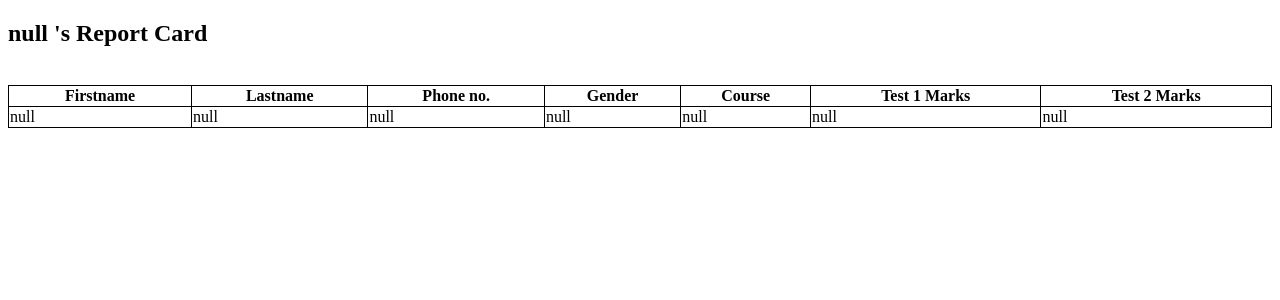
Repository: MriOj/OnlineExamPortal
Page: http://localhost/ExamPortal/reportcard.jsp
An editor plug-in stored every save of this project. The page is shown before and after the next save, followed by the edit.
The browser window is 1280 px wide. The pictures show the whole page.
The page is served by Tomcat 9. The template is opened directly, without the code that normally fills it, so the values that code supplies are empty.

Above is the page before, as saved 2021-09-05 09:47:55.

After the next save:
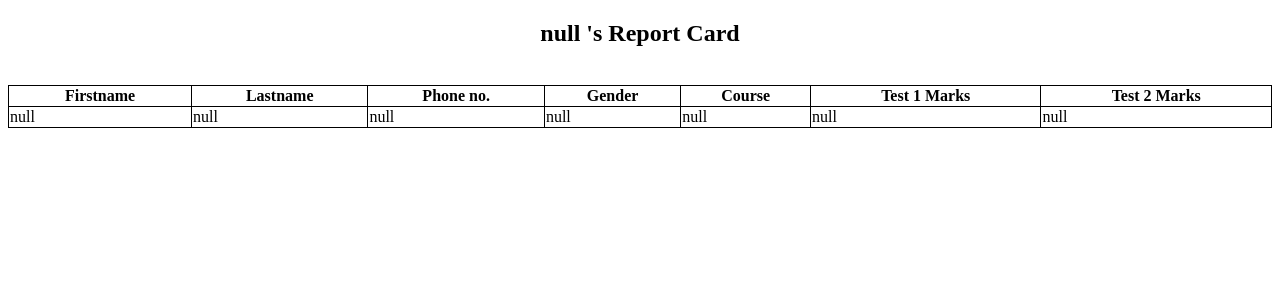
Saved 55 s later.
--- a/ExamPortal/src/main/webapp/reportcard.jsp
+++ b/ExamPortal/src/main/webapp/reportcard.jsp
@@ -17,6 +17,8 @@ table.center {
 table {
   width: 100%;
 }
+h2{
+text-align:center;}
 </style>
 </head>
 <body>
